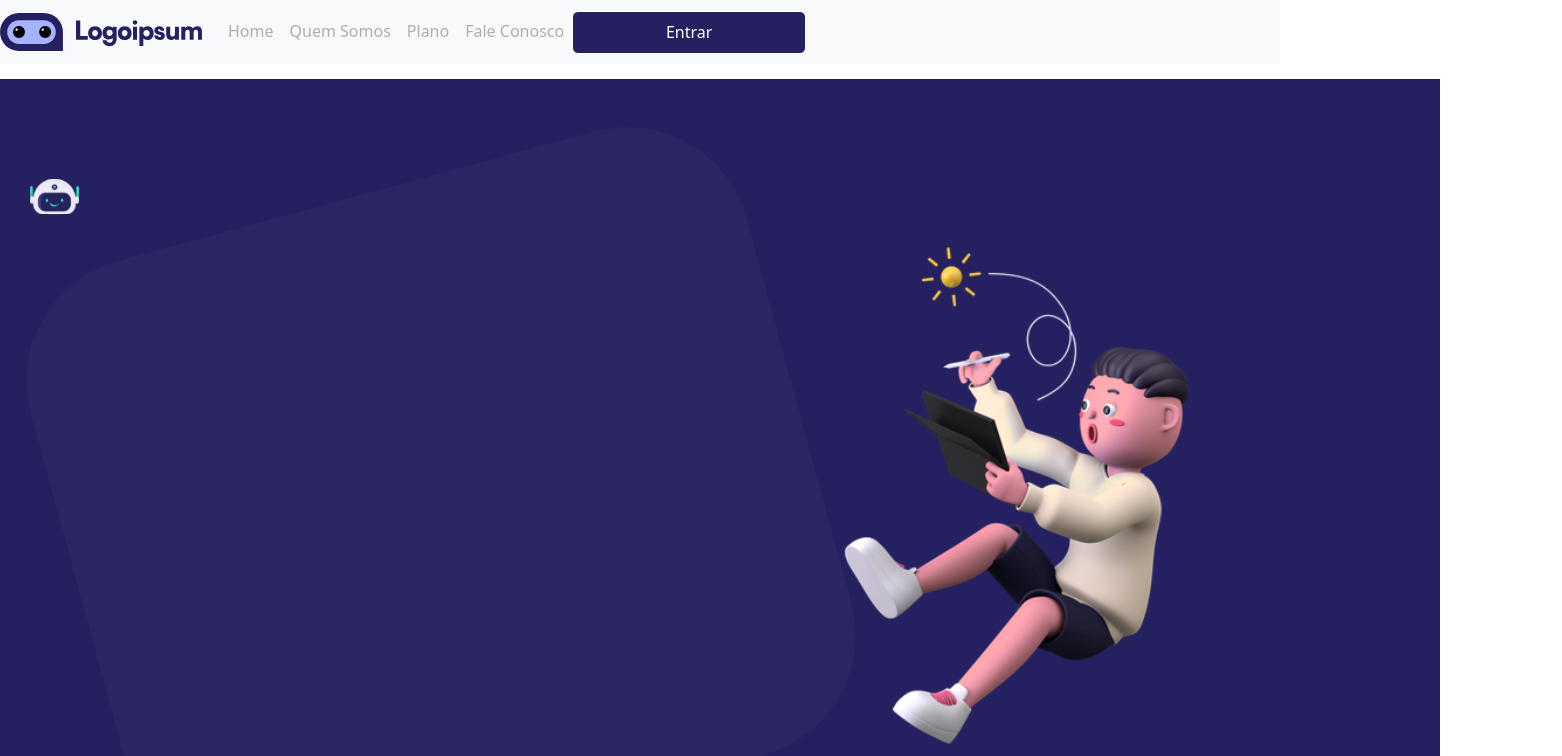
Repository: Williamlmachado/Desafio-Landing-page
Page: index.html
These files come from the project's save history. The page is drawn as it stood at one moment and after the next save; the edit follows.
The browser window is 1280 px wide. The page is 1562 px wide, so the pictures cover 1562 px, including what lies to the right of the window. The pictures show the part of the page from y = 0 to 756 px (the page is 3714 px tall).

Above is the page before, as saved 2021-11-08 17:58:56.

### index.html
<!DOCTYPE html>
<html lang="en">

<head>
  <meta charset="UTF-8">
  <meta http-equiv="X-UA-Compatible" content="IE=edge">
  <meta name="viewport" content="width=device-width, initial-scale=1.0">
  <link href="https://cdn.jsdelivr.net/npm/bootstrap@5.1.3/dist/css/bootstrap.min.css" rel="stylesheet"
    integrity="sha384-1BmE4kWBq78iYhFldvKuhfTAU6auU8tT94WrHftjDbrCEXSU1oBoqyl2QvZ6jIW3" crossorigin="anonymous">
  <link rel="stylesheet" href="style.css">
  <script src="https://cdn.jsdelivr.net/npm/bootstrap@5.1.3/dist/js/bootstrap.bundle.min.js"
    integrity="sha384-ka7Sk0Gln4gmtz2MlQnikT1wXgYsOg+OMhuP+IlRH9sENBO0LRn5q+8nbTov4+1p"
    crossorigin="anonymous"></script>
  <title>Document</title>

<body>
  <nav class="navbar navbar-expand-lg navbar-light bg-light">
    <a class="navbar-brand" href="#">
      <img src="img/logoipsum-logo-40 2.svg" alt="logo">
    </a>
    <button class="navbar-toggler" type="button" data-toggle="collapse" data-target="#navbarNav" aria-controls="navbarNav" aria-expanded="false" aria-label="Toggle navigation">
      <span class="navbar-toggler-icon"></span>
    </button>
    <nav>
    <div class="collapse navbar-collapse" id="navbarNav">
      <ul class="navbar-nav">
      <nav class="navbar-nav ml-auto">
        <li class="nav-item">
          <a class="nav-link disabled" href="#">Home <span class="sr-only"></span></a>
        </li>
        <li class="nav-item">
          <a class="nav-link disabled" href="#">Quem Somos</a>
        </li>
        <li class="nav-item-right">
          <a class="nav-link disabled" href="#">Plano</a>
        </li>
        <li class="nav-item">
          <a class="nav-link disabled" href="#">Fale Conosco</a>
        </li>
        <li class="nav-item">
          <button class="nav-button" type="button">Entrar</button>
        </li>
      </nav>
      </ul>
    </div>
  </nav>
    <div class="retangle-1">
      <div class="row">
        <div class="col"><img class="spaceboy" src="img/image 3.svg" alt="astronauta"></div>
          <div class="retangle-8">

          </div>
          </div>
        <div class="col"><img class="boy" src="img/image 8.svg" alt="garoto"></div>
     </div>
    </div>
  <div class="retangle-2">
    <div class="escolas">
    <img src="img/Captura de Tela 2021-05-22 às 02.33 1.svg" alt="escolas">
  </div>
  <div class="row">
    <div class="col"><img class="smallogos" src="img/Group 53.svg" alt="smallogos"><p class="group12"><img class="group12" src="img/Group 12.svg"></p><p><img class="group13" src="img/Group 13.svg"></p><p><img class="group14" src="img/Group 14.svg"></p></div>
    <div class="col"><img class="adolescente" src="img/pretty-teenager-happy-to-be-back-at-university 1.svg" alt="prettyteenager"></div>
  </div>
  <div class="retangle-3">
    </div>
  </div>
  </div>
  <footer id="footer" class="py-5">
    <div class="row">
      <div class="col-md-5">
        <img class="" src="img/logoipsum-logo-40 2.svg" alt="logo">
        <div><img class=""src="img/Captura de Tela 2021-05-25 às 19.59 1.svg" alt="androideios"></div>
      </div>
      <div class="col-sm-2">
        <h5>Localização</h5>
        <p>Av. Brg. Faria Lima , 1422 São Paulo - SP </p>
      </div>
      <div class="col-sm-2">
        <h5>Fale Conosco</h5>
        <p>(22) 4442-0126</p>
        <p>info@digihouse.com</p>
      </div>
      <div class="col-sm-2">
        <h5>Política</h5>
        <p>Direitos autorais</p>
        <p>Termos de uso</p>
        <p>Políticas de Privacidade</p>
      </div>
      <hr class="linha">
      <!-- <img class="copyright" src="img/Copyright.svg" alt="copyright"> -->
<span>Copyright 2021. All Right Reserved </span>
  </footer>
  </div>
</body>
</head>
</html>

### style.css
.nav-button{
    display: flex;
    flex-direction: row;
    justify-content: center;
    align-items: center;
    padding: 15px 116px;

    width: 133px;
    height: 43px;
    left: 1239px;
    top: 18px;

    /* Primary */
    background: #252160;

    /* Branco */
    border: 1px solid #FFFFFF;
    box-sizing: border-box;
    border-radius: 6px;
    color: #FFFFFF;
}

.nav-home{
    position: absolute;
    width: 46px;
    height: 22px;
    left: 5px;
    top: 0px;

    font-family: Inter;
    font-style: normal;
    font-weight: bold;
    font-size: 16px;
    line-height: 22px;

    /* identical to box height, or 137% */

    /* Primary */
    color: #252160;
}

.navbrad-brand{
    position: absolute;
    left: 58.02%;
    right: 35.2%;
    top: 34.99%;
    bottom: 29.03%;

    /* Primary */
    background: #252160;
}

#footer{
    position: absolute;
    width: 1550px;
    height: 373px;
    /* left: calc(50% - 1449px/2 + 4.5px); */
    top: calc(50% - 373px/2 + 2603.5px);

    /* Branco */
    background: #FFFFFF;
}

.imagemfooter{
    position: absolute;
    left: 3.51%;
    right: 72.51%;
    top: 18.75%;
    bottom: 18.75%;
    color: #A5B4FC;
}

.linha{
    margin-top: 150px;
    position: absolute;
    width: 1210px;
    left: 135px;
    border: 1px solid rgba(84, 84, 212, 0.34);
}

.col-md-5{
    align-items: center;
    align-content: center;
}

.copyright{

}

.retangle-1{
    position: absolute;
    width: 1440px;
    height: 821px;
    left: 0px;
    top: 79px;

    /* Primary */
    background: #252160;
}

.spaceboy{
    position: static;
    width: 50.02px;
    height: 36.06px;
    left: 100px;
    right: 150px;
    flex: none;
    order: 0;
    flex-grow: 0;
    margin: 100px 30px;
}

.retangle-2{
    position: absolute;
    width: 1440px;
    height: 821px;
    left: 0px;
    top: 900px;
    background: #ffff;
}
.retangle-3{
    position: absolute;
    width: 1440px;
    height: 954px;
    left: 0px;
    top: 1860px;

    background: #F8F8F8
}

.escolas{
    position: absolute;
    width: 1270px;
    height: 164px;
    left: 66px;
    top: 35px;
}

.adolescente{
    position: relative;
    width: 600px;
    height: 738px;
    left: 25px;
    top: 105px;
    flex: none;
    order: 0;
    flex-grow: 0;
    margin: 6px 0px;
}

.smallogos{
    position: absolute;
    width: 67.79px;
    height: 403.63px;
    left: 112px;
    top: 275px;
}

.group12{
    position: absolute;
    width: 510.72px;
    height: 141px;
    left: 80px;
    top: 220px;
}

.group13{
    position: absolute;
    width: 510.72px;
    height: 155px;
    left: 195px;
    top: 275px;
}

.group14{
    position: absolute;
    width: 510.72px;
    height: 131px;
    left: 214px;
    top: 618px;
}

.boy{
    position: absolute;
    left: 763px;
    right: 143px;
    top: 153px;
    bottom: 120px;

}

.retangle-8{
    /* Rectangle 8 */

position: absolute;
width: 741.6px;
height: 645.98px;
left: 70px;
top: 106px;

background: #292663;
border-radius: 124px;
transform: rotate(-15.22deg);
}

After the next save:
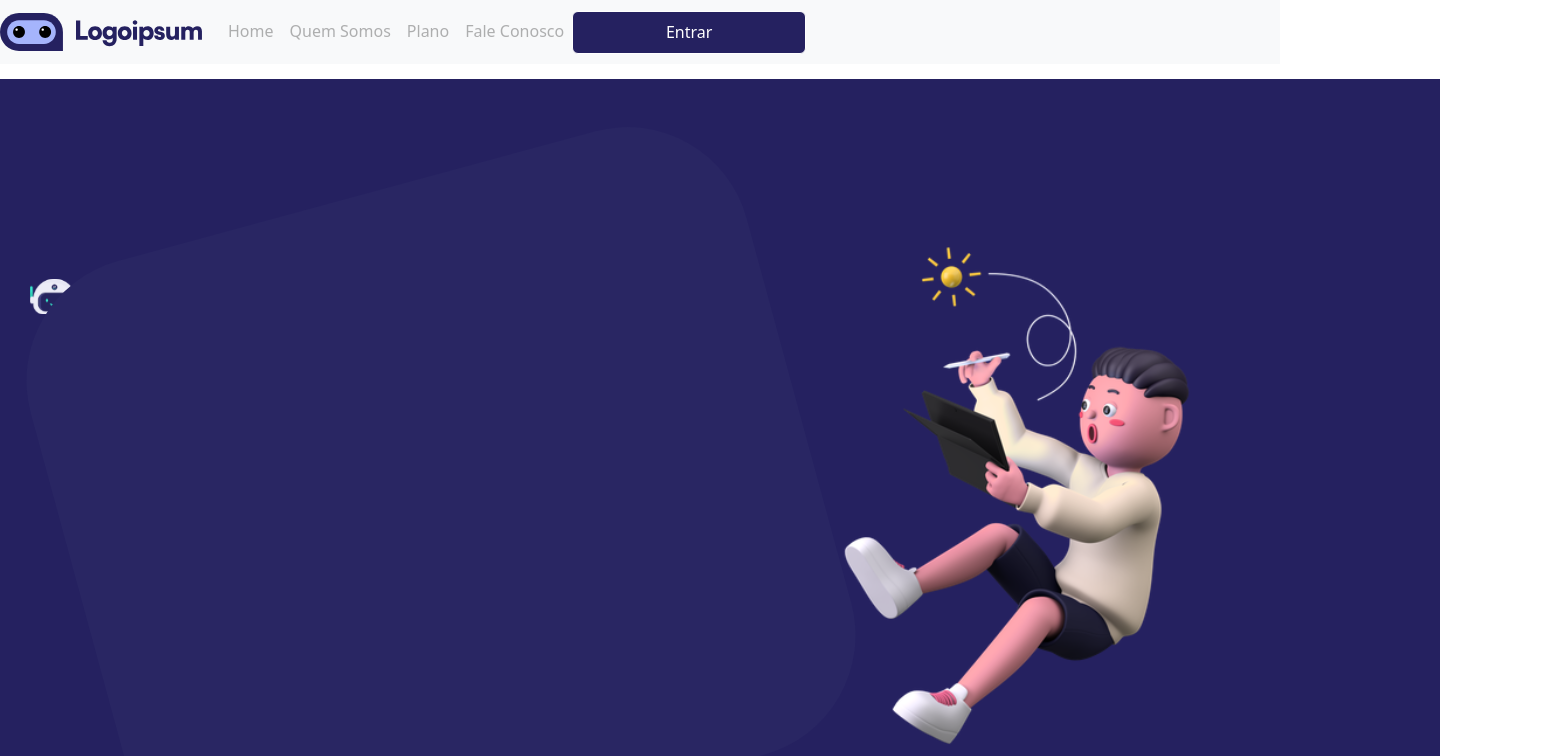
Saved 4 s later.
--- a/style.css
+++ b/style.css
@@ -107,7 +107,7 @@
     flex: none;
     order: 0;
     flex-grow: 0;
-    margin: 100px 30px;
+    margin: 200px 30px;
 }
 
 .retangle-2{
